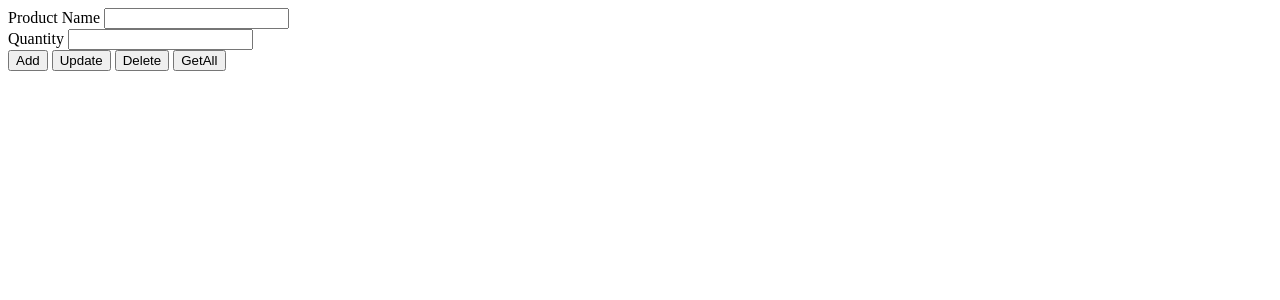
Repository: vishalsin888/J2EE-
Page: SessionManageMent/src/main/webapp/index.html
The author's editor kept a copy of each file at every save. The page is drawn from the files as they stood at one save, then again after the next save.
The browser window is 1280 px wide. The pictures show the whole page.

Above is the page before, as saved 2022-10-22 10:03:42.

After the next save:
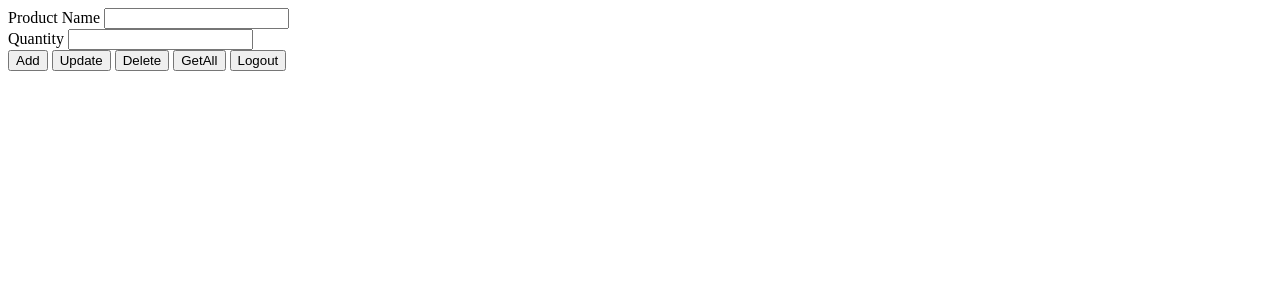
Saved 2 min 0 s later.
--- a/SessionManageMent/src/main/webapp/index.html
+++ b/SessionManageMent/src/main/webapp/index.html
@@ -19,6 +19,8 @@
 			<input type="submit" value="Update" name="btn">
 			<input type="submit" value="Delete" name="btn">
 			<input type="submit" value="GetAll" name="btn">
+			<input type="submit" value="Logout" name="btn">
+
 		</div>
 	</form>
 </body>
